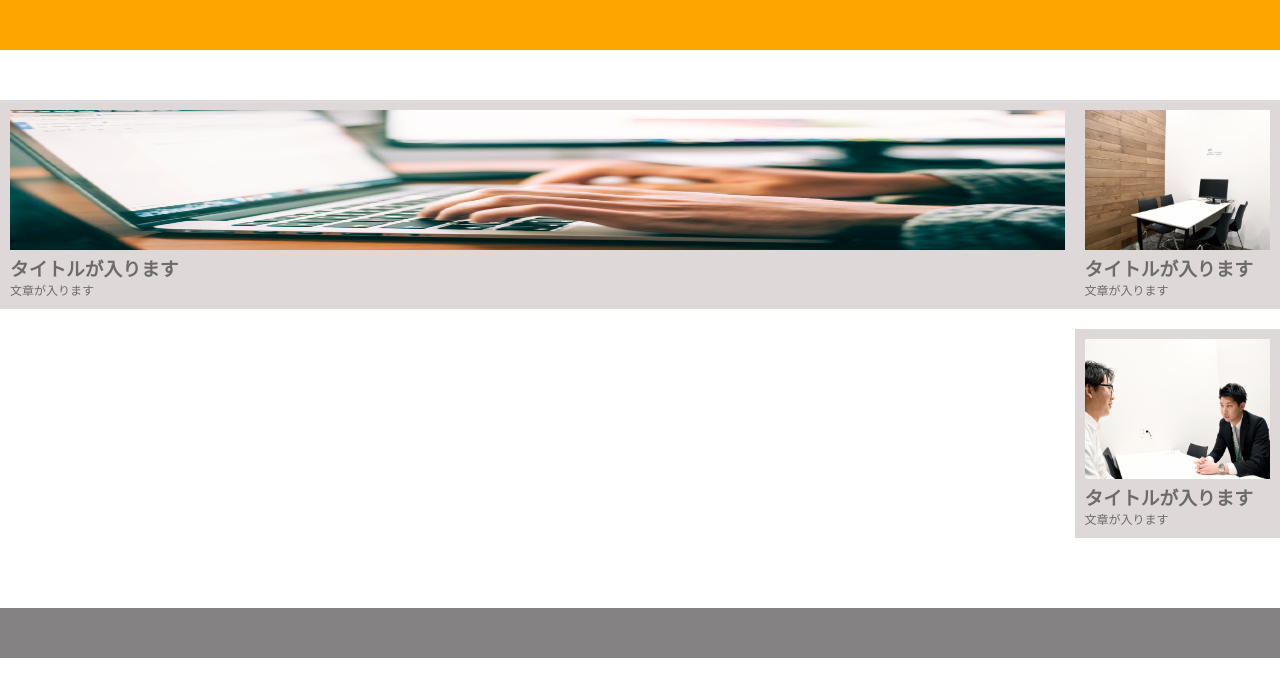
Repository: ishidaryu/ishidaryu
Page: HW/HW.html
The author's editor kept a record of every edit. The page is drawn from the files as they stood at one moment, then again after the next edit.
The browser window is 1280 px wide. The pictures show the whole page.

Above is the page before.

After the next edit:
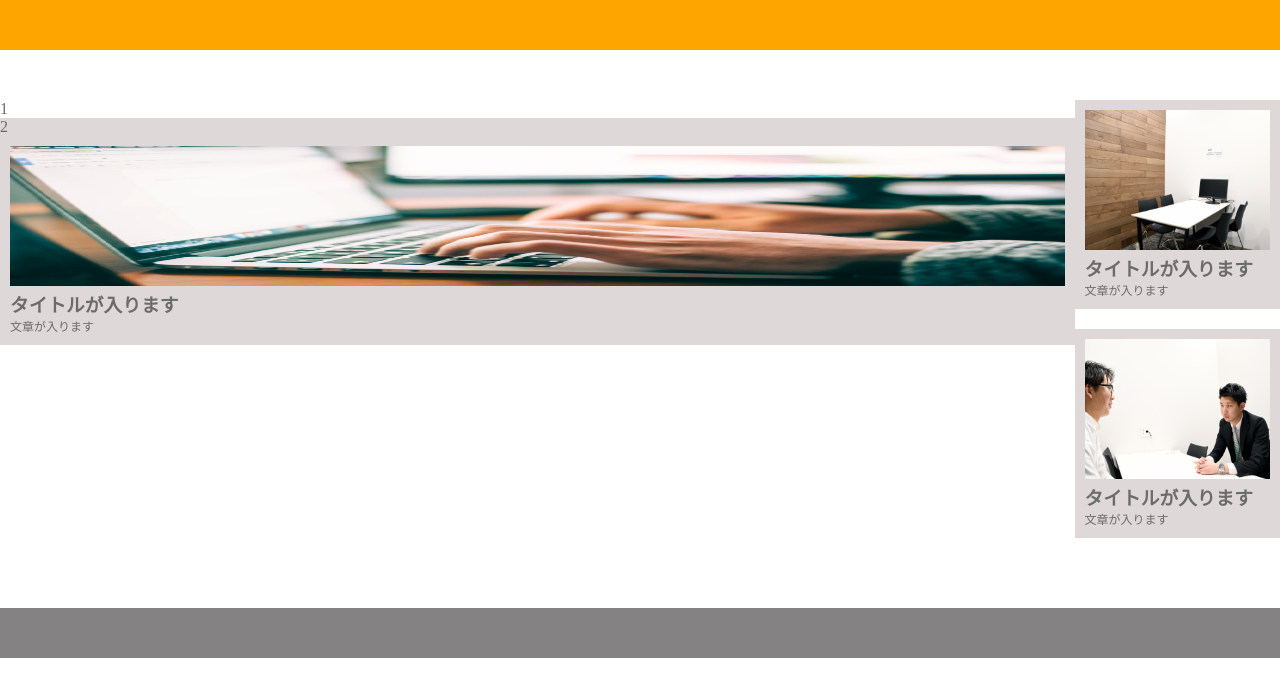
The edit:
--- a/HW/HW.html
+++ b/HW/HW.html
@@ -15,8 +15,8 @@
 
     <main>
       <section class="blog">
-        <div calss-="blog-box">
-          <div class="blog-item">
+        <div calss-="blog-box"> 1
+          <div class="blog-item"> 2
             <img class="blog-image" src="flow01.png" />
             <section class="blog-text">
               <h3 class="blog-text-headimg">
